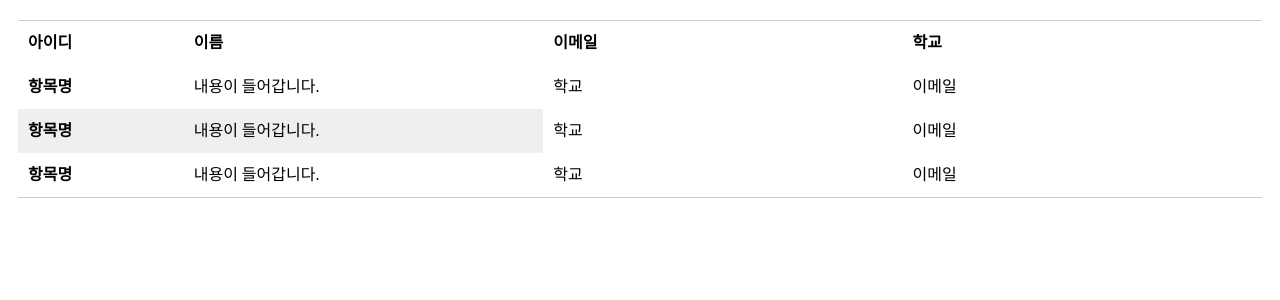
Repository: LeeHyukJe/LHJ
Page: http://localhost/mybbs/mybbs/member_list.jsp
The author's editor kept a copy of each file at every save. The page is drawn from the files as they stood at one save, then again after the next save.
The browser window is 1280 px wide. The pictures show the whole page.
The page is served by Tomcat 9.

Above is the page before, as saved 2017-09-25 00:33:26.

After the next save:
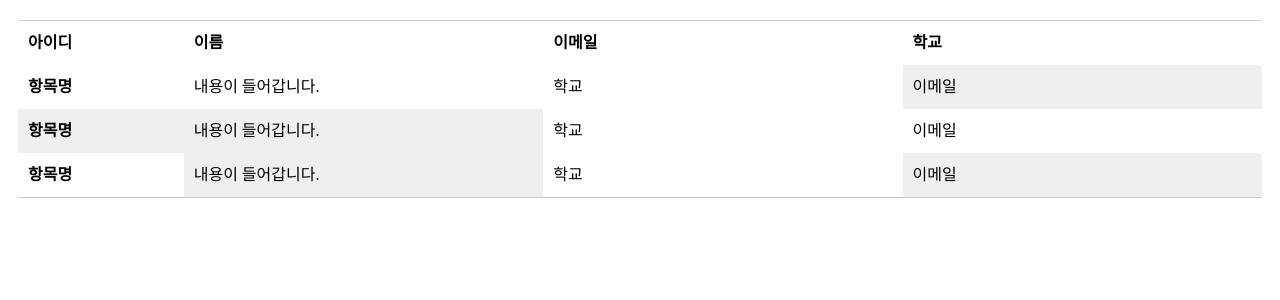
Saved 57 s later.
--- a/mybbs/WebContent/mybbs/member_list.jsp
+++ b/mybbs/WebContent/mybbs/member_list.jsp
@@ -19,7 +19,7 @@
         <th scope="row">항목명</th>
         <td>내용이 들어갑니다.</td>
         <td>학교</td>
-        <td>이메일</td>
+        <td class="even">이메일</td>
     </tr>
     <tr>
         <th scope="row" class="even">항목명</th>
@@ -29,9 +29,9 @@
     </tr>
     <tr>
         <th scope="row">항목명</th>
-        <td>내용이 들어갑니다.</td>
+        <td class="even">내용이 들어갑니다.</td>
         <td>학교</td>
-        <td>이메일</td>
+        <td class="even">이메일</td>
     </tr>
 </table>
 
